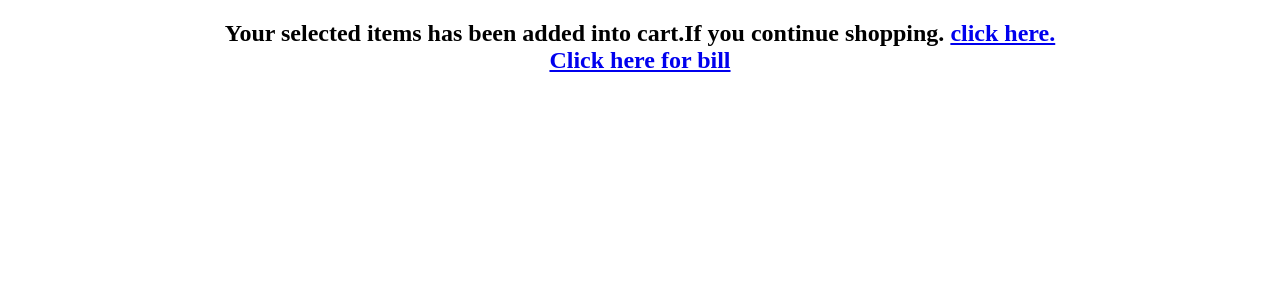
Repository: Amulyayarabothu22/ADJ12B6_labprograms
Page: ex/WebContent/Program9_addcart.html
These files come from the project's save history. The page is drawn as it stood at one moment and after the next save; the edit follows.
The browser window is 1280 px wide. The pictures show the whole page.

Above is the page before, as saved 2021-02-05 17:50:51.

After the next save:
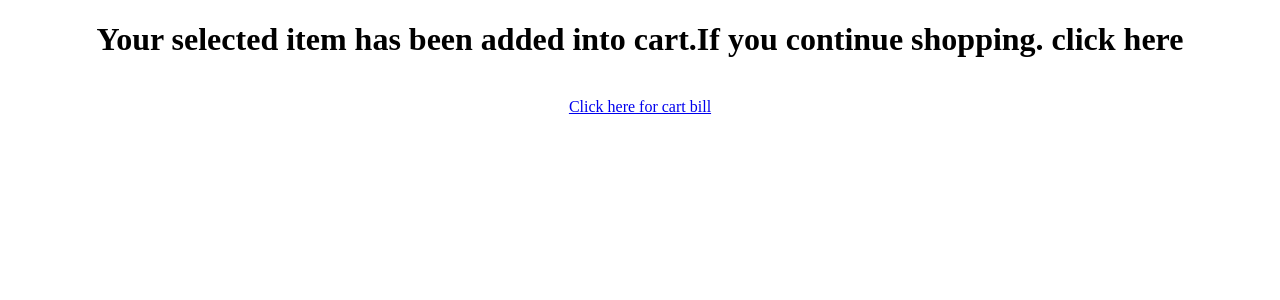
Saved 2 min 51 s later.
--- a/ex/WebContent/Program9_addcart.html
+++ b/ex/WebContent/Program9_addcart.html
@@ -6,9 +6,8 @@
 </head>
 <body>
 	<center>
-		<h2>Your selected items has been added into cart.If you continue shopping. <a href="./index.html">click here.</a><br>
-		<a href="./CartBill">Click here for bill</a>
-		</h2>
+		<h1>Your selected item has been added into cart.If you continue shopping. <a href="./proggram9_index.html"></a>click here</h1><br>
+		<a href="./cartBill">Click here for cart bill</a>
 	</center>
 </body>
 </html>
